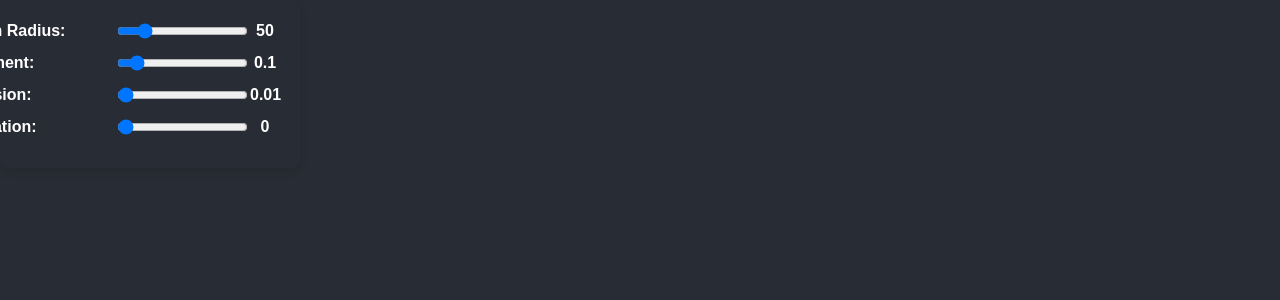
Repository: eltonsampaio12/boids
Page: index.html
An editor plug-in stored every save of this project. The page is shown before and after a run of saves, followed by the edit.
The browser window is 1280 px wide. The pictures show the whole page.

Above is the page before, as saved 2024-02-01 00:21:08.
Not found: main.ts

### index.html
<!DOCTYPE html>
<html lang="en">
  <head>
    <meta charset="utf-8" />
    <title>My first three.js app</title>
    <style>
      body {
        margin: 0;
        background-color: #282c34;
        width: 300px;
        color: white;
        font-family: "Arial", sans-serif;
      }

      .container {
        padding: 20px;
        border-radius: 8px;
        box-shadow: 0 4px 8px rgba(0, 0, 0, 0.1);
        text-align: center;
        display: flex;
        flex-direction: column;
        align-items: end;
      }

      .parameterParent {
        width: 400px;
        display: flex;
        align-items: center;
        margin-bottom: 10px;
      }

      label {
        margin-right: 10px;
        font-weight: bold;
        flex: 1;
      }

      input {
        border: 1px solid #ccc;
        border-radius: 4px;
        outline: none;
      }

      span {
        font-weight: bold;
        width: 30px;
      }
    </style>
  </head>
  <body>
    <script type="module" src="/main.ts"></script>

    <div class="container">
      <div class="parameterParent">
        <label for="perceptionRadiusSlider">Perception Radius:</label>
        <input
          type="range"
          id="perceptionRadiusSlider"
          min="0"
          max="300"
          value="50"
          step="1"
        />
        <span id="perceptionRadiusValue">50</span>
      </div>

      <div class="parameterParent">
        <label for="alignmentSlider">Alignment:</label>
        <input
          type="range"
          id="alignmentSlider"
          min="0"
          max="1"
          value="0.1"
          step="0.1"
        />
        <span id="alignmentValue">0.1</span>
      </div>

      <div class="parameterParent">
        <label for="cohesionSlider">Cohesion:</label>
        <input
          type="range"
          id="cohesionSlider"
          min="0"
          max="1"
          value="0.01"
          step="0.1"
        />
        <span id="cohesionValue">0.01</span>
      </div>

      <div class="parameterParent">
        <label for="separationSlider">Separation:</label>
        <input
          type="range"
          id="separationSlider"
          min="0"
          max="100"
          value="0"
          step="0.1"
        />
        <span id="separationValue">0</span>
      </div>
    </div>
  </body>
</html>

After the next 4 saves:
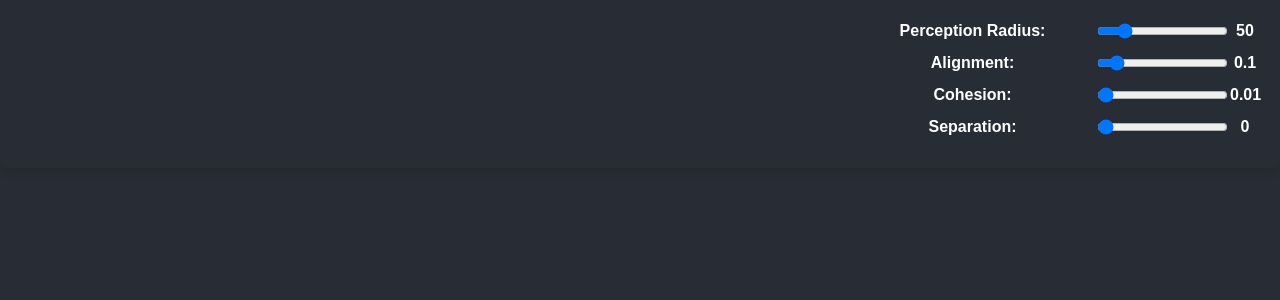
The 4 saves are shown as one change because they came seconds apart.
The last was saved 13 s later.
--- a/index.html
+++ b/index.html
@@ -7,7 +7,6 @@
       body {
         margin: 0;
         background-color: #282c34;
-        width: 300px;
         color: white;
         font-family: "Arial", sans-serif;
       }
